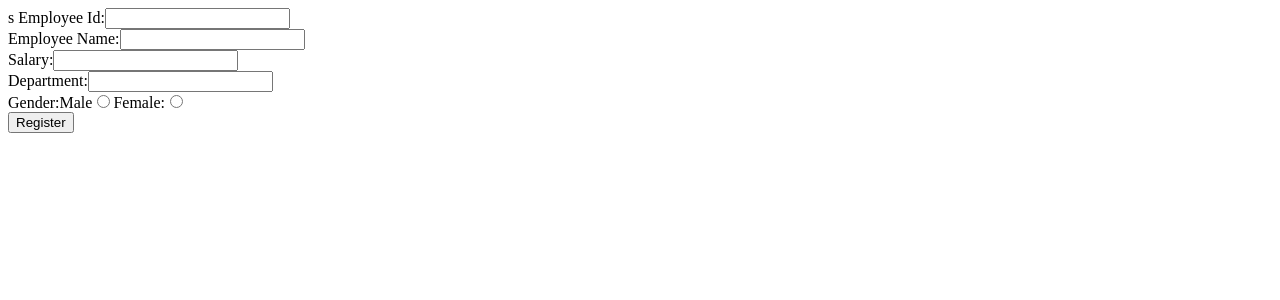
Repository: iamvinayhv/Servlet
Page: http://localhost/EmployeeApp/jsp/register.jsp
These files come from the project's save history. The page is drawn as it stood at one moment and after the next save; the edit follows.
The browser window is 1280 px wide. The pictures show the whole page.
The page is served by Tomcat 9.

Above is the page before, as saved 2017-03-09 07:59:12.

After the next save:
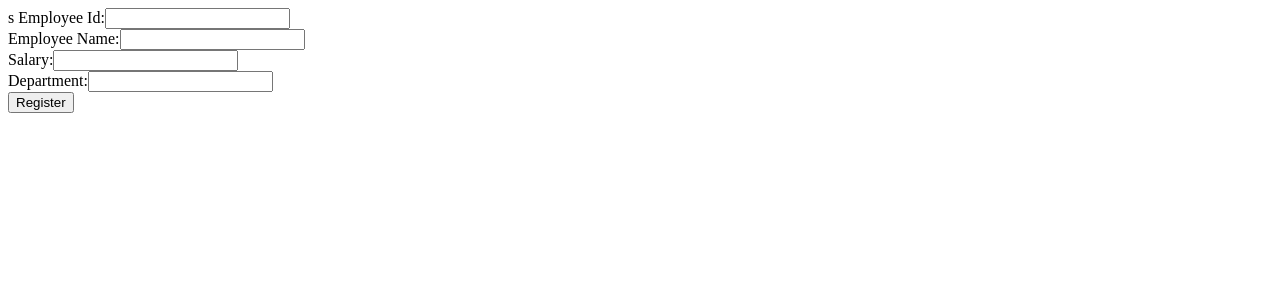
Saved 20 s later.
--- a/EmployeeApp/WebContent/jsp/register.jsp
+++ b/EmployeeApp/WebContent/jsp/register.jsp
@@ -14,7 +14,6 @@
 Employee Name:<input type="text" name="name"><br/>
 Salary:<input type="text" name="sal"><br/>
 Department:<input type="text" name="dept"><br/>
-Gender:Male<input type="radio" name="gender" value="male">Female:<input type="radio" name="gender" value="female"><br/>
 <input type="submit" value="Register">
 
 </form>
